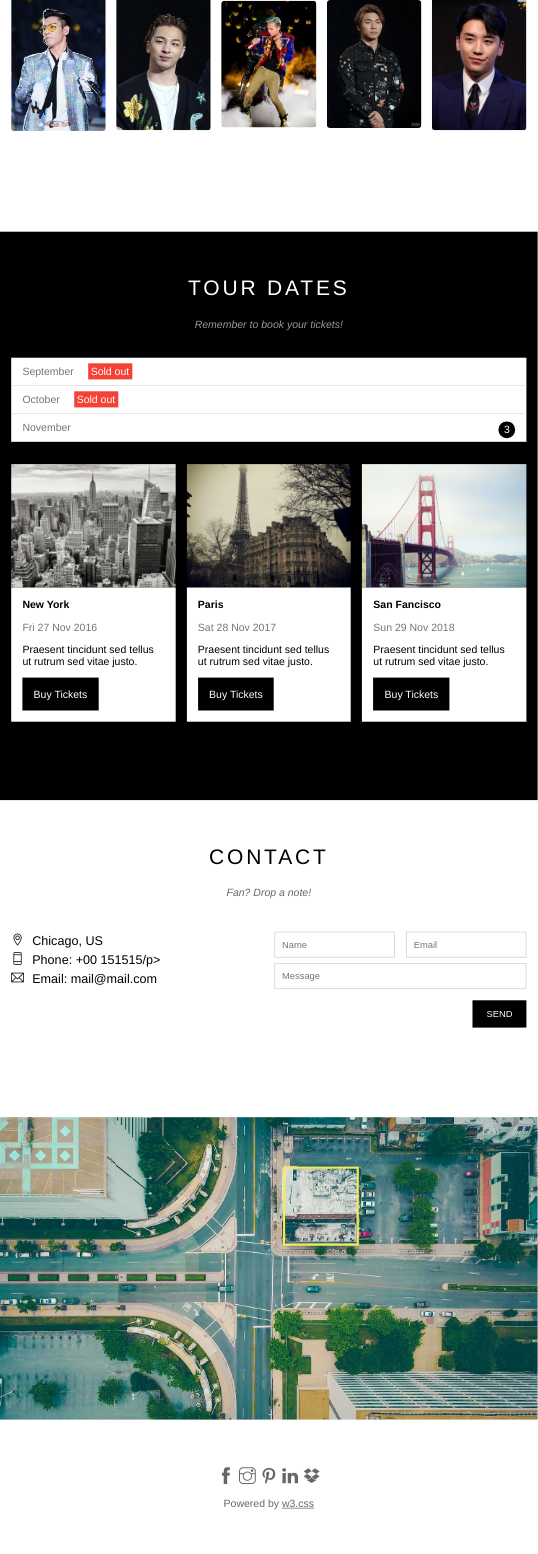
Repository: ThinhTran2k/BigBang-Band-Website
Page: index.html
The author's editor kept a copy of each file at every save. The page is drawn from the files as they stood at one save, then again after a run of saves.
The browser window is 768 px wide. The pictures show the part of the page from y = 860 to 3100 px (the page is 3080 px tall before and 3100 px after), at 70% of full size.

Above is the page before, as saved 2021-03-16 19:17:31.
Console error: TypeError: Cannot set properties of undefined (setting 'onclick')

### index.html
<!DOCTYPE html>
<html lang="en">
<head>
    <meta charset="UTF-8">
    <meta http-equiv="X-UA-Compatible" content="IE=edge">
    <meta name="viewport" content="width=device-width, initial-scale=1.0">
    <title>Brand</title>
    <link rel="icon" href="asset/img/favicon.png" type="image/x-icon" />
    <link rel="stylesheet" href="./asset/css/style.css">
    <link rel="stylesheet" href="./asset/css/responsive.css">
    <link rel="stylesheet" href="./asset/font/themify-icons/themify-icons.css">
</head>
<body>
    <div class="wrapper">
        <div class="header">
            <!-- Navigation -->
            <ul class="nav row-block">
                <li><a href="#">Home</a></li>
                <li><a href="#band">Band</a></li>
                <li><a href="#tour">Tour</a></li>
                <li><a href="#contact">Contact</a></li>
                <li>
                    <a href="#">
                        More
                        <i class="nav-arrow-icon ti-angle-down"></i>
                    </a>
                    <ul class="subnav">
                        <li><a href="#">Merchandise</a></li>
                        <li><a href="#">Extras</a></li>
                        <li><a href="#">Media</a></li>
                    </ul>
                </li>
            </ul>

            <!-- Search -->
            <div class="header__search">
                <i class="header__search-icon ti-search"> </i>
            </div>

            <div class="mobi-menu-responsive">
                <i class="menu-icon ti-menu"></i>
            </div>
        </div>

        <div class="slider">
            <div class="text-content">
                <h2 class="text-heading">New York</h2>
                <div class="text-description">The atmosphere in New York is lorem ipsum.</div>
            </div>
        </div>

        <div class="content" >
            <div class="content-section" id="band">
                <h2 class="section-heading">THE BAND</h2>
                <p class="section-subheading">We love music</p>
                <p class="about">We have created a fictional band website. Lorem ipsum dolor sit amet, consectetur adipiscing elit, sed do eiusmod tempor
                incididunt ut labore et dolore magna aliqua. Ut enim ad minim veniam, quis nostrud exercitation ullamco laboris nisi ut
                aliquip ex ea commodo consequat. Duis aute irure dolor in reprehenderit in voluptate velit esse cillum dolore eu fugiat
                nulla pariatur. Excepteur sint occaecat cupidatat non proident, sunt in culpa qui officia deserunt mollit anim id est
                laborum consectetur adipiscing elit, sed do eiusmod tempor incididunt ut labore et dolore magna aliqua. Ut enim ad minim
                veniam, quis nostrud exercitation ullamco laboris nisi ut aliquip ex ea commodo consequat.
                </p>

                <div class="row member-list member-list-resp">
                    <div class="member-item member-item-resp">
                        <p class="member-name">T.O.P</p>
                        <img src="./asset/img/T.O.P.jpg" alt="name" class="member-img">
                    </div>
                    <div class="member-item member-item-resp">
                        <p class="member-name">Taeyong</p>
                        <img src="./asset/img/Taeyong.jpg" alt="name" class="member-img">
                    </div>
                    <div class="member-item member-item-resp">
                        <p class="member-name">G-Dragon</p>
                        <img src="./asset/img/G-dragon.jpg" alt="name" class="member-img">
                    </div>
                    <div class="member-item member-item-resp">
                        <p class="member-name">Deasung</p>
                        <img src="./asset/img/Deasung.jpg" alt="name" class="member-img">
                    </div>
                    <div class="member-item member-item-resp">
                        <p class="member-name">Seungri</p>
                        <img src="./asset/img/Seung-hyun.png" alt="name" class="member-img">
                    </div>
                </div>
            </div>
            <div class="content-section--black" id="tour">
                <div class="content-section">
                    <h2 class="section-heading text-white">TOUR DATES</h2>
                    <p class="section-subheading text-white">Remember to book your tickets!</p>
                    <!-- Tickets -->
                    <ul class="tickets-list">
                        <li>September <span class="sold-out">Sold out</span></li>
                        <li>October <span class="sold-out">Sold out</span></li>
                        <li>November <span class="quantity">3</span></li>
                    </ul>
                    <!-- Places -->
                    <div class="row place-list row-block">
                        <div class="col col-third s-col-full mt-16">
                            <img src="./asset/img/newyork.jpg" alt="place" class="place-img">
                            <div class="place-content">
                                <h3 class="place-heading">New York</h3>
                                <p class="place-time">Fri 27 Nov 2016</p>
                                <p class="place-desc">Praesent tincidunt sed tellus ut rutrum sed vitae justo.</p>
                                <a href="#" class="btn place-buy-btn">Buy Tickets</a>
                            </div>
                        </div>
                        <div class="col col-third s-col-full mt-16">
                            <img src="./asset/img/paris.jpg" alt="place" class="place-img">
                            <div class="place-content">
                                <h3 class="place-heading">Paris</h3>
                                <p class="place-time">Sat 28 Nov 2017</p>
                                <p class="place-desc">Praesent tincidunt sed tellus ut rutrum sed vitae justo.</p>
                                <a href="#" class="btn place-buy-btn">Buy Tickets</a>
                            </div>
                        </div>
                        <div class="col col-third s-col-full mt-16">
                            <img src="./asset/img/sanfran.jpg" alt="place" class="place-img">
                            <div class="place-content">
                                <h3 class="place-heading">San Fancisco</h3>
                                <p class="place-time">Sun 29 Nov 2018</p>
                                <p class="place-desc">Praesent tincidunt sed tellus ut rutrum sed vitae justo.</p>
                                <a href="#" class="btn place-buy-btn">Buy Tickets</a>
                            </div>
                        </div>
                    </div>
                </div>
            </div>
            <div class="content-section" id="contact">
                <h2 class="section-heading">CONTACT</h2>
                <p class="section-subheading">Fan? Drop a note!</p>

                <div class="row contact-content row-block">
                    <div class="col col-half s-col-full contact-infor">
                        <p><i class="ti-location-pin"></i>Chicago, US</p>
                        <p><i class="ti-mobile"></i>Phone: +00 151515/p>
                        <p><i class="ti-email"></i>Email: mail@mail.com</p>
                    </div>
                    <div class="col col-half s-col-full contact-form">
                        <form action="">
                            <div class="row row-block">
                                <div class="col col-half s-col-full">
                                    <input type="text" name="" id="" class="form-control" required placeholder="Name">
                                </div>
                                <div class="col col-half s-col-full">
                                    <input type="email" name="" id="" class="form-control" required placeholder="Email">
                                </div>
                            </div>
                            <div class="row mt-8">
                                <div class="col col-full">
                                    <input type="text" name="" id="" class="form-control" required placeholder="Message">
                                </div>
                            </div>
                            <input type="submit" value="SEND" class="form-btn s-full-width">
                        </form>
                    </div>
                </div>
            </div>

            <div class="map-section" >
                <img src="./asset/img/map.jpg" alt="map">
            </div>
        </div>

        <div class="footer">
            <div class="social-list">
                <a href=""><i class="ti-facebook"></i></a>
                <a href=""><i class="ti-instagram"></i></a>
                <a href=""><i class="ti-pinterest"></i></a>
                <a href=""><i class="ti-linkedin"></i></a>
                <a href=""><i class="ti-twitter-alter"></i></a>
                <a href=""><i class="ti-dropbox-alt"></i></a>
            </div>
            <p class="copyright">Powered by <a href="#">w3.css</a></p>
        </div>
    </div>

    <script>
        // Tự động thay đổi kích thước khi chọn btn menu
        var headerE = document.querySelector('.header');
        var headerHeight = headerE.clientHeight;
        var menuE = document.querySelector('.mobi-menu-responsive');
        menuE.onclick = function () {
            var status = headerE.clientHeight == headerHeight;
            if(status){
                headerE.style.height = 'auto'
            }else{
                headerE.style.height = null;
            }
        }
        // Tự động đóng khi chọn menu
        var menuItems = document.querySelectorAll('ul li a[href*="#"]');
        for(var i = 0; i<= menuItems.length; i++){
            var menuItem = menuItems[i];

            menuItem.onclick = function (e) {
                var isParentMenu = this.nextElementSibling && this.nextElementSibling.classList.contains('subnav');
                if(isParentMenu){
                    e.preventDefault();
                }else{
                    headerE.style.height = null;
                }
            }
        }


    </script>
</body>
</html>

### asset/css/style.css
/* Reset CSS */
*{
    padding: 0;
    margin: 0;
    box-sizing: border-box;
}

html {
    scroll-behavior: smooth;
    font-family: Helvetica, Arial , sans-serif;
}

/* Common css */
.text-white {
    color: #fff !important;
}
.row {
    display: flex;
    justify-content: space-between;
    margin-left: -8px;
    margin-right: -8px;
}
.col {
    padding: 0 8px;
}
.col-third {
    width: 33.33%;
}
.col-half {
    width: 50%;
}
.col-full {
    width: 100%;
}
.mt-8 {
    margin-top: 8px;
}
.mt-16 {
    margin-top: 16px;
}
/* end */

/* Main */
.wrapper {

}

.header {
    position: fixed;
    top: 0;
    left: 0;
    right: 0;
    z-index: 1;
    height: 46px;
    background-color: #000;
}

.nav {
    display: inline-block;
}
.nav .subnav {
    display: none;
    position: absolute;
    top: 100%;
    left: 0;
    min-width: 160px;
    background-color: #fff;
    box-shadow: 0 0 10px rgba(0, 0, 0, 0.3);
}
.nav, .subnav {
    list-style: none;
}
.nav .subnav li:hover, .nav > li:hover > a {
    color: #000;
    background-color: #ccc;
}
.nav .subnav a {
    line-height: 38px;
    padding: 0 16px;
    color: #000;
}

.nav li:hover .subnav {
    display: block;
}
.nav > li {
    display: inline-block;
}
.nav > li > a {
    text-transform: uppercase;
    color: #fff;
}
.nav li{
    position: relative;
}
.nav li a {
    display: block;
    cursor: pointer;
    padding: 0 24px;
    line-height: 46px;
    text-decoration: none;
}
.nav-arrow-icon {
    font-size: 14px;
}

.mobi-menu-responsive {
    position: absolute;
    top: 0;
    right: 0;
}
.header .header__search {
    display: block;
    float: right;
    padding: 0 21px;
    line-height: 46px;
}
.header .mobi-menu-responsive {
    display: none;
    float: right;
    padding: 0 21px;
    line-height: 46px;
}
.header .header__search:hover {
    cursor: pointer;
    background-color: #f44336;
}
.header .mobi-menu-responsive:hover {
    background-color: #ccc;
}
.header .menu-icon:hover {
    color: #000;
}
.header .menu-icon,
.header__search-icon {
    color: #fff;
    font-size: 20px;
}

.slider {
    position: relative;
    margin-top: 46px;
    padding-top: 50%;
    background-image: url('/asset/img/slider2.jpg');
    background-size: cover;
    background-repeat: no-repeat;
    background-position: top center;
}
.text-content {
    position: absolute;
    color: #fff;
    bottom: 48px;
    left: 50%;
    transform: translateX(-50%);
    text-align: center;
}
.text-heading {
    font-weight: 500;
}
.text-description {
    padding-top: 15px;
}


.content {

}
.content-section {
    width: 800px;
    max-width: 100%;
    margin: 0 auto;
    padding: 64px 16px 112px;
}
.section-heading {
    font-weight: 500;
    font-size: 30px;
    text-align: center;
    letter-spacing: 4px;
}
.section-subheading {
    font-size: 15px;
    text-align: center;
    margin-top: 25px;
    font-style: italic;
    opacity: 0.6;
}
.about {
    margin-top: 25px;
    font-size: 15px;
    text-align: justify;
    line-height: 1.5;
}
.member-list {
    margin-top: 38px;
    padding: 32px 0;
}
.member-item {
    display: flex;
    flex-direction: column;
    align-items: center;
    justify-content: center;
    width: 20%;
    /* padding: 0 8px; */
}
.member-item .member-name {
    margin-bottom: 15px;
}
.member-item .member-img {
    border-radius: 5px;
    width: 90%;
    object-fit: contain;
}
.content-section--black {
    background-color: #000;
}
.tickets-list {
    list-style: none;
    margin-top: 40px;
    background-color: #fff;
}
.tickets-list li {
    color: #757575;
    font-size: 15px;
    padding: 11px 16px;
    border-bottom: 1px solid #ddd;
}
.sold-out {
    background-color: #f44336;
    padding: 3px 4px;
    color: #fff;
    margin-left: 16px;
}
.quantity {
    float: right;
    width: 24px;
    height: 24px;
    line-height: 24px;
    text-align: center;
    border-radius: 50%;
    background-color: #000;
    color: #fff;
}
.place-list {
    margin-top: 16px;
}
.place-img {
    display: block;
    width: 100%;
}
.place-img:hover { opacity: 0.6;}
.place-content {
    font-size: 15px;
    padding: 16px;
    background-color: #fff;
}
.place-heading {
    font-size: 15px;
    font-weight: 600;
}
.place-time {
    color: #757575;
    margin-top: 15px;
}
.place-desc {
    margin-top: 15px;
}
.place-buy-btn {
    display: inline-block;
    color: #fff;
    background-color: #000;
    padding: 11px 16px;
    margin-top: 15px;
    text-decoration: none;
}
.place-buy-btn:hover {color: #000; background-color: #ccc;}
/* Contact Form */
.contact-content {
    margin-top: 48px;
}
.contact-infor {
    font-size: 18px;
    line-height: 1.5;
}
.contact-infor i[class*="ti-"] { width: 30px; display: inline-block;}
.contact-form {
    font-size: 15px;
}
.form-control {
    padding: 10px;
    border: 1px solid #ccc;
    width: 100%;
}

.form-btn {
    display: block;
    padding: 12px 20px;
    margin-left: auto;
    margin-top: 16px;
    margin-bottom: 16px;
    border:none;
    color: #fff;
    background-color: #000;
}
.form-btn:hover { background-color: #ccc; cursor: pointer;color: #000;}

/* Map */
.map-section img {
    width: 100%;
}

.footer {
    padding: 64px 16px;
    text-align: center;
}
.footer .social-list {
    font-size: 24px;
}
.footer .social-list a {text-decoration: none; color: rgba(0, 0, 0, 0.6);}
.footer .social-list a:hover ,.footer .copyright a:hover { color: rgba(0, 0, 0, 0.4);}
.footer .copyright {
    margin-top: 15px;
    font-size: 15px;
    color: rgba(0, 0, 0, 0.6);
}
.footer .copyright a {
    color: rgba(0, 0, 0, 0.6);
}

### asset/css/responsive.css
/* Mobile */
@media (max-width: 739px) {
    .header .header__search {
        display: none;
    }
    .header .mobi-menu-responsive {
        display: block;
    }
    .header {
        overflow: hidden;
    }
    .nav > li {
        display: block;
    }
    .nav .subnav {
        position: initial;
        background-color: #333;
    }
    .nav .subnav a {
        color: #fff;
        padding: 5px 40px;
    }
    .nav > li:first-child {
        display: inline-block;
    }
    .member-list-resp {
        display: block;
        margin-top: 0;
    }
    .member-item-resp {
        padding-top: 35px;
        width: 100%;
    }
    .member-item .member-img {
        width: 60%;
    }
    .s-full-width,
    .s-col-full {
        width: 100%;
    }
    .place-img {
        height: 60%;
    }
    .row-block {
        display: block;
    }
    .contact-form {
        margin-top: 16px;
    }
}

/* Table */
@media (max-width: 1023px) {
    .btn {
        padding: 15px 16px;
    }
    .contact-form .form-control {
        pad
    }
}

Loaded but not shown: asset/font/themify-icons/themify-icons.css (common file)

After the next 2 saves:
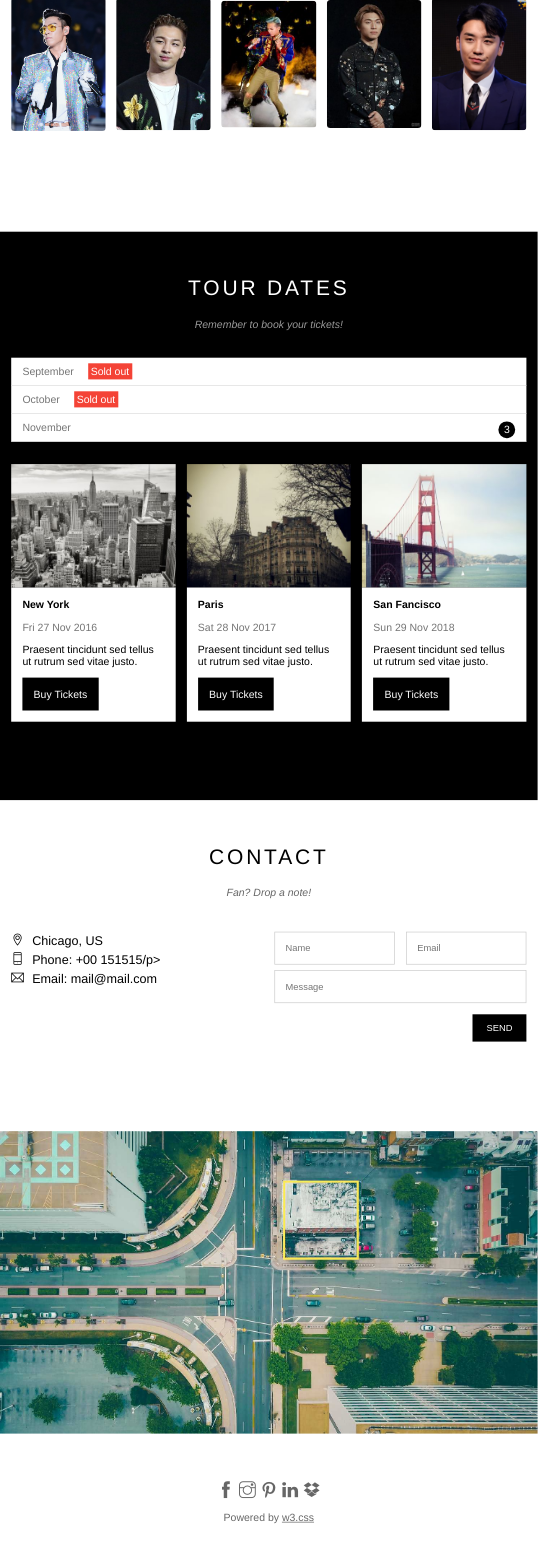
The 2 saves are shown as one change because they came seconds apart.
The last was saved 6 s later.
--- a/asset/css/responsive.css
+++ b/asset/css/responsive.css
@@ -55,6 +55,6 @@
         padding: 15px 16px;
     }
     .contact-form .form-control {
-        pad
+        padding: 15px;
     }
 }
